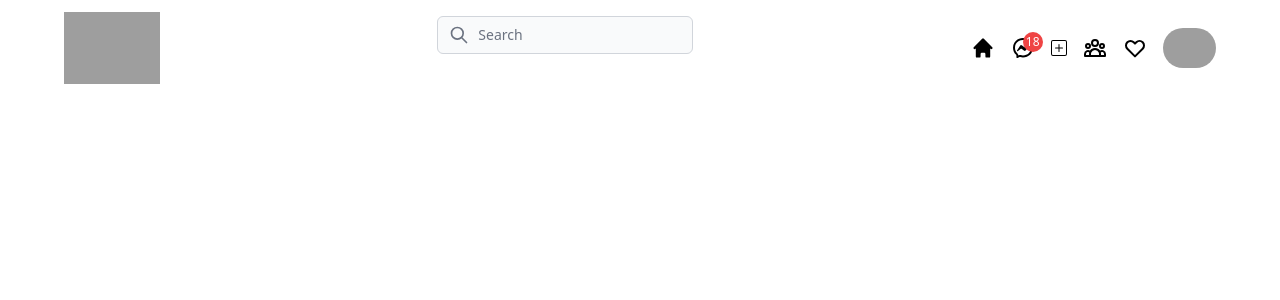
Repository: SehajBindra/insta--clone
Page: /
An editor plug-in stored every save of this project. The page is shown before and after the next save, followed by the edit.
The browser window is 1280 px wide. The pictures show the whole page.
Pictures or frames that could not be fetched are drawn as grey boxes. The project was rebuilt for these pictures with package versions that can differ from the ones it lists, and the page was loaded fresh each time. The framework's server and built-in components were replaced by stand-ins that run in the browser. Also part of the build but not shown: next.config.js.

Above is the page before, as saved 2022-04-11 02:38:55.

### pages/index.js
import Head from 'next/head'
import Image from 'next/image'
import Header from '../components/Header'
import styles from '../styles/Home.module.css'

export default function Home() {
  return (
    <div className={styles.container}>
      <Head>
        <title>Instagram</title>
        <meta name="description" content="Generated by create next app" />
        <link rel="icon" href="https://upload.wikimedia.org/wikipedia/commons/thumb/a/a5/Instagram_icon.png/600px-Instagram_icon.png" />

      </Head>
      <Header />

    </div>
  )
}

### styles/globals.css
@tailwind base;
@tailwind components;
@tailwind utilities;


@layer components {
  .navBtn {
    @apply hidden h-6 md:inline-flex cursor-pointer hover:scale-125 transition-all duration-150 ease-out
  }
}

### components/Header.js
import React from "react";
import Image from "next/image";
import { RiMessengerLine } from "react-icons/ri";
import { BsPlusSquare } from "react-icons/bs";

import {
    SearchIcon,
    PlusCircleIcon,
    UserGroupIcon,
    HeartIcon,
    PaperAirplaneIcon,
    MenuIcon
} from "@heroicons/react/outline"
import {HomeIcon } from "@heroicons/react/solid";

function Header() {
  return (
    <div>
      <div className="flex justify-between max-w-6xl mx-5 xl:mx-auto ">
        <div className="relative hidden lg:inline-grid w-24 h-24">
          <Image
            src="https://links.papareact.com/ocw"
            layout="fill"
            objectFit="contain"
          />
        </div>

        <div className=" relative w-10 h-10  lg:hidden flex-shrink-0 cursor-pointer">
          <Image
            src="https://links.papareact.com/jjm"
            layout="fill"
            objectFit="contain"
          />
        </div>

        {/* Middle Search Input Field */}
        <div className=" max-w-xs">
        <div className=" relative mt-1 p-3 rounded-md ">
            <div className=" absolute inset-y-3  pl-3 flex items-center pointer-events-none ">
             <SearchIcon  className="h-5  w-5 text-gray-500" />
            </div>
            <input className="bg-gray-50 block w-full pl-10 sm:text-sm border-gray-300  focus:ring-black  focus:border-black rounded-md" type="text" placeholder="Search" />

        </div>
        </div>
       {/* Right side */}
       <div className="flex items-center  justify-end space-x-4">
       <HomeIcon className=" navBtn" />
       <MenuIcon className=" h-6 md:hidden cursor-pointer " />
       <div className=" relative navBtn ">
       <RiMessengerLine className="h-6 w-6" />
       <div className=" absolute -top-1 -right-2  text-xs w-5 h-5 bg-red-500  rounded-full flex items-center  justify-center animate-pulse text-white ">18</div>
       </div>

       <BsPlusSquare  className="navBtn"/>
       <UserGroupIcon className="navBtn"/>
       <HeartIcon     className="navBtn"  />

       <img className="h-10 rounded-full  cursor-pointer" src="https:links.papareact.com/3ke" alt="profile pic"  />
       </div>
      </div>
    </div>
  );
}

export default Header;

### tailwind.config.js
module.exports = {
  content: ["./pages/**/*.{js,ts,jsx,tsx}",
  "./components/**/*.{js,ts,jsx,tsx}",],
  theme: {
    extend: {},
  },
  plugins: [require("@tailwindcss/forms")],
}

Loaded but not shown: pages/_app.js (common file); styles/Home.module.css (common file)

After the next save:
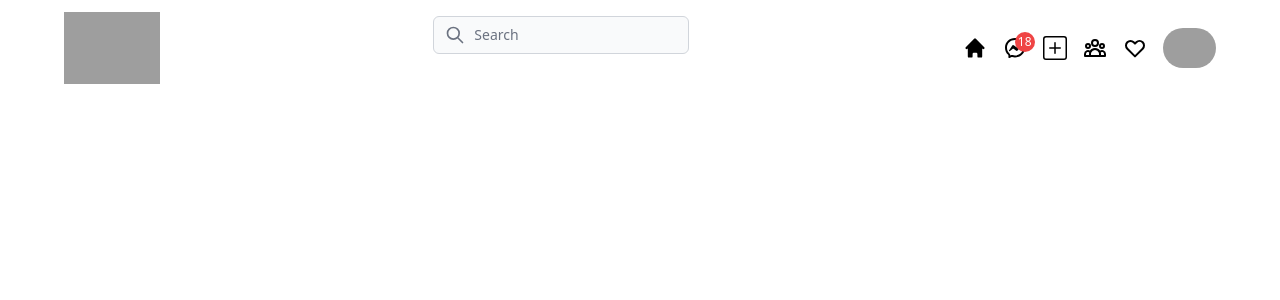
Saved 79 s later.
--- a/components/Header.js
+++ b/components/Header.js
@@ -52,7 +52,7 @@
        <div className=" absolute -top-1 -right-2  text-xs w-5 h-5 bg-red-500  rounded-full flex items-center  justify-center animate-pulse text-white ">18</div>
        </div>
 
-       <BsPlusSquare  className="navBtn"/>
+       <BsPlusSquare  className="h-6 w-6"/>
        <UserGroupIcon className="navBtn"/>
        <HeartIcon     className="navBtn"  />
 
